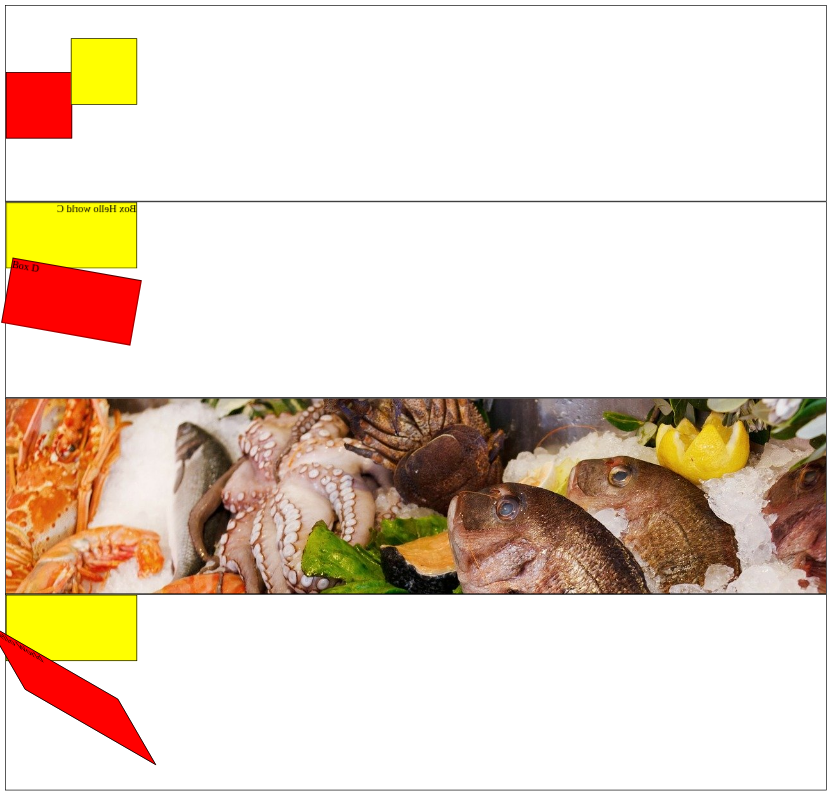
Repository: 4forces/HTML-CSS-LESSON
Page: lesson4-animation/animation.html
The author's editor kept a record of every edit. The page is drawn from the files as they stood at one moment, then again after the next edit.
The browser window is 1280 px wide. The pictures show the whole page, at 65% of full size.

Above is the page before.

After the next edit:
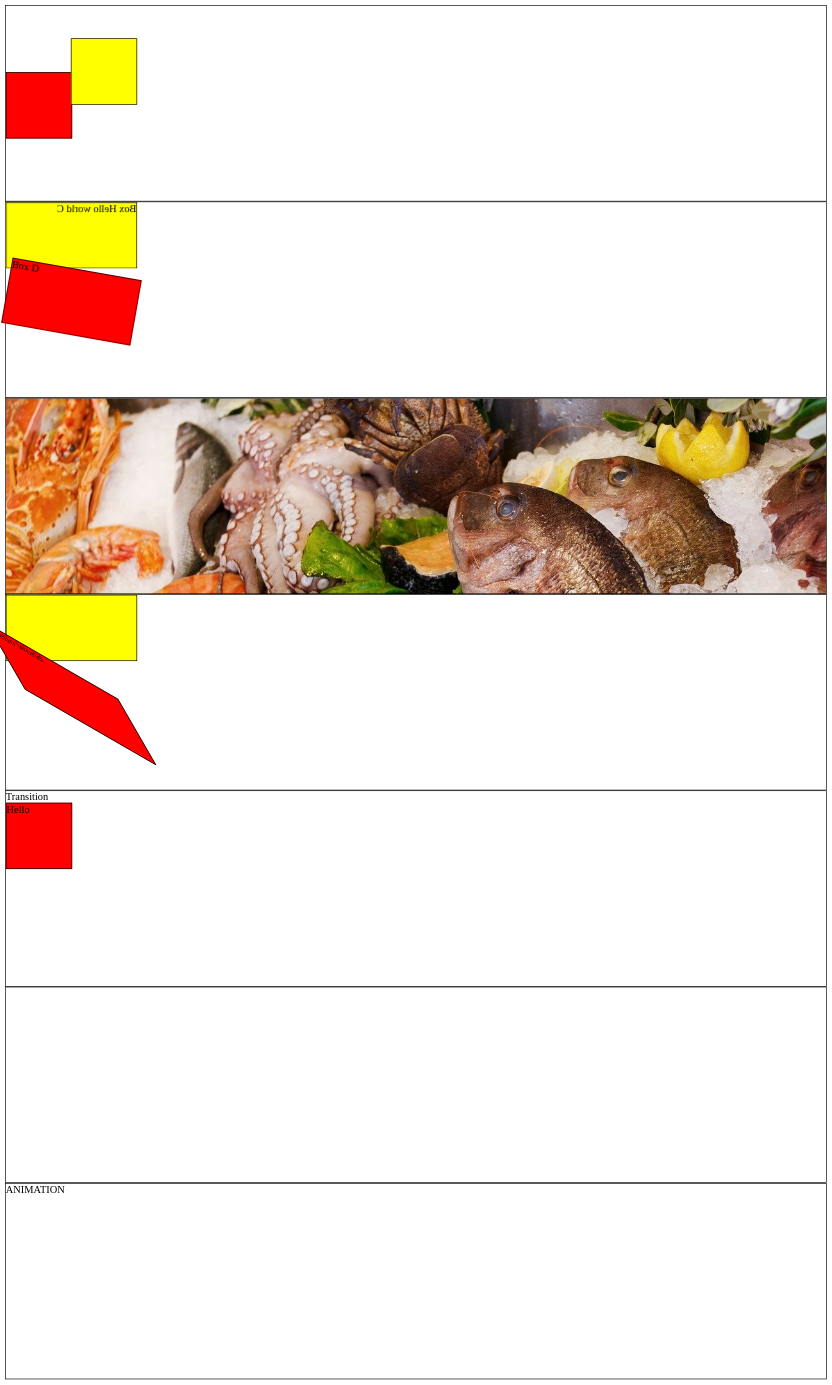
The edit:
--- a/lesson4-animation/animation.html
+++ b/lesson4-animation/animation.html
@@ -22,5 +22,15 @@
         <div class="boxE"></div>
         <div class="boxF">Hello World</div>
     </div>
+    <div class="section">
+        Transition
+        <div class="box-transition">Hello</div>
+    </div>
+    <div class="section"></div>
+    <div class="section">
+        ANIMATION
+        <div class="box-animation"></div>
+    </div>
+
 </body>
 </html>
